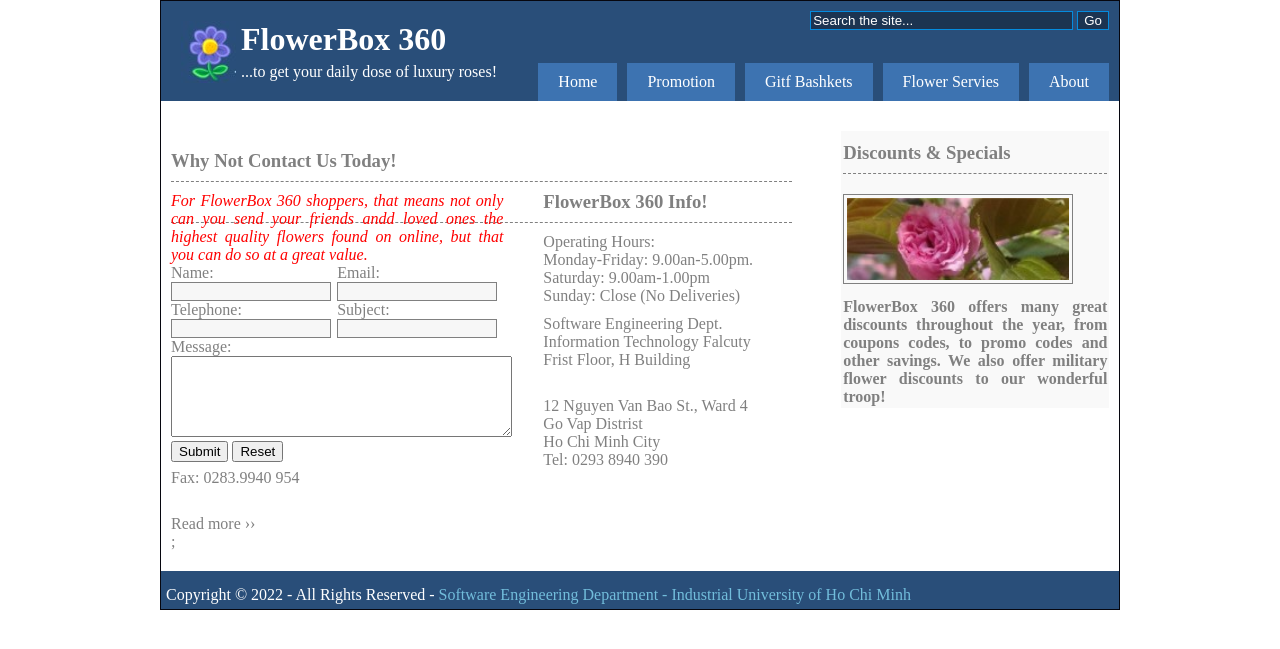
Repository: duongtheng/bai-tap-tuan-6
Page: html/index.html
The author's editor kept a copy of each file at every save. The page is drawn from the files as they stood at one save, then again after the next save.
The browser window is 1280 px wide. The pictures show the whole page.

Above is the page before, as saved 2022-03-23 14:13:59.

### html/index.html
<!DOCTYPE html>
<html lang="en">
<head>
    <meta charset="UTF-8">
    <meta http-equiv="X-UA-Compatible" content="IE=edge">
    <meta name="viewport" content="width=device-width, initial-scale=1.0">
    <title>Tuan 06</title>
    <link rel="stylesheet" href="../css/style.css">
</head>
<body>
    <header>
        <img src="../img/logo.jpg" alt="">
        <h1>FlowerBox 360</h1>
        <p>...to get your daily dose of luxury roses!</p>
        <form action="">
            <input type="search" id="txtSearch" placeholder="Search the site..." size="30">
            <button>Go</button>
        </form>
        <ul class="menu-parent">
            <li><a href="">Home</a></li>
            <li><a href="">Promotion</a></li>
            <li><a href="">Gitf Bashkets</a></li>
            <li><a href="">Flower Servies</a>
                <ul class="menu-child">
                    <li><a href="">Flower for Wedding</a></li>
                    <li><a href="">Flower for Conference</a></li>
                </ul>
            </li>
            <li><a href="">About</a></li>
        </ul>
    </header>
    <section>
        <h3>Why Not Contact Us Today!</h3>
        <form action="">
            <p><i>For FlowerBox 360 shoppers, that means not only can you send your friends andd loved ones
                the highest quality flowers found on online, but that you can do so at a great value.
            </i></p>
            <div class="form-row">
                <div class="form-col">
                    <label for="txtName">Name: </label>
                    <input type="text" id="txtName">
                </div>
                <div class="form-col">
                    <label for="txtEmail">Email: </label>
                    <input type="email" id="txtEmail">
                </div>
            </div>
            <div class="form-row">
                <div class="form-col">
                    <label for="txtName">Telephone: </label>
                    <input type="text" id="txtName">
                </div>
                <div class="form-col">
                    <label for="txtEmail">Subject: </label>
                    <input type="email" id="txtEmail">
                </div>
            </div>
            <div class="form-row">
                <label for="txtMessage">Message: </label>
                <textarea id="txtMessage" cols="40" rows="5"></textarea>
            </div>
            <div class="form-row">
                <button type="submit">Submit </button>
                <button type="reset">Reset </button>
            </div>
        </form>

    <div id="section-right">
        <h3>FlowerBox 360 Info!</h3>
        <p>
            Operating Hours: <br> Monday-Friday: 9.00an-5.00pm. <br> Saturday: 9.00am-1.00pm <br> Sunday: Close (No Deliveries) <br>
        </p>
        <p>
            Software Engineering Dept. <br> Information Technology Falcuty <br> Frist Floor, H Building <br><br>
        </p>
        <p>
            12 Nguyen Van Bao St., Ward 4 <br> Go Vap Distrist <br> Ho Chi Minh City <br> Tel: 0293 8940 390 <br> Fax: 0283.9940 954
        </p>
        <br>
        <p>Read more &#155;&#155;</p>;
    </div>
    </section>
    <aside>
        <h3>Discounts & Specials</h3>
        <img src="../img/flower.jpg" alt="">
        <p>
            FlowerBox 360 offers many great discounts throughout the year, from coupons codes, to promo codes and other savings.
            We also offer military flower discounts to our wonderful troop!
        </p>
    </aside>
    <footer>
        <p>
            <span style="color: white;">Copyright &copy; 2022 - All Rights Reserved - </span>
            <span style="color: rgb(114, 189, 219);">Software Engineering Department - Industrial University of Ho Chi Minh </span>
        </p>
    </footer>
</body>
</html>

### css/style.css
*{
    margin: 0 auto;
    box-sizing: border-box;
}

body{
    width: 960px;
    border: 1px solid rgb(6, 6, 14);
    color: gray;
}

header{
    height: 100px;
    background-color: #294e79;
    position: relative;
    color: white;
}

header img{
    position: absolute;
    top: 20px;
    left: 20px;
}

header h1{
    position: absolute;
    top: 20px;
    left: 80px;
}

header p{
    position: absolute;
    bottom: 20px;
    left: 80px;
}

header form{
    position: absolute;
    top: 10px;
    right: 10px;
}

.menu-parent{
    position: absolute;
    right: 10px;
    bottom: 0;
    display: flex;
    list-style: none;
}

.menu-parent a{
    color: white;
    padding: 10px 20px;
    display: block;
    text-decoration: none;
    background-color: #3d73b1;
    margin-left: 10px;
}

.menu-parent a:hover{
    color: rgb(63, 63, 139);
}

.menu-child{
    display: none;
}

.menu-parent li:hover .menu-child{
    display: block;
    position: absolute;
    margin-left: -40px;
}

header input,
header button{
    background-color: #1c3451;
    border: 1px solid #058bde;
}

header input::-webkit-input-placeholder,
header button{
    color: white;
}

section{
    width: 70%;
    float: left;
    padding: 40px 40px 20px 10px;
}

section form{
    width: 60%;
    float: left;
    padding-right: 40px;
}

section input{
    width: 160px;
    background-color: #f7f7f7;
    border: 1px solid gray;
}

section area{
    background-color: #f7f7f7;
    border: 1px solid gray;
}

section form p:first-child{
    color: red;
    text-shadow: 4px 4px 4px 5px green;
}

.section-right{
    width: 40%;
    float: right;
}

.form-col{
    width: 50%;
    float: left;
}

.form-row{
    clear: both;
    float: left;
}

aside{
    width: 28%;
    float: right;
    margin: 30px 1%;
    background-color: #f9f9f9;
    padding: 2px;
}

aside img{
    width: 230px;
    margin-top: 20px;
    border: 1px solid gray;
    padding: 3px;
}

p{
    margin-top: 10px;
    text-align: justify;
}

aside p:last-child{
    font-weight: bold;
    float: right;
}

h3{
    border-bottom: 1px dashed gray;
    line-height: 40px;
}

footer{
    clear: both;
    background-color: #294e79;
    padding: 5px;
}

After the next save:
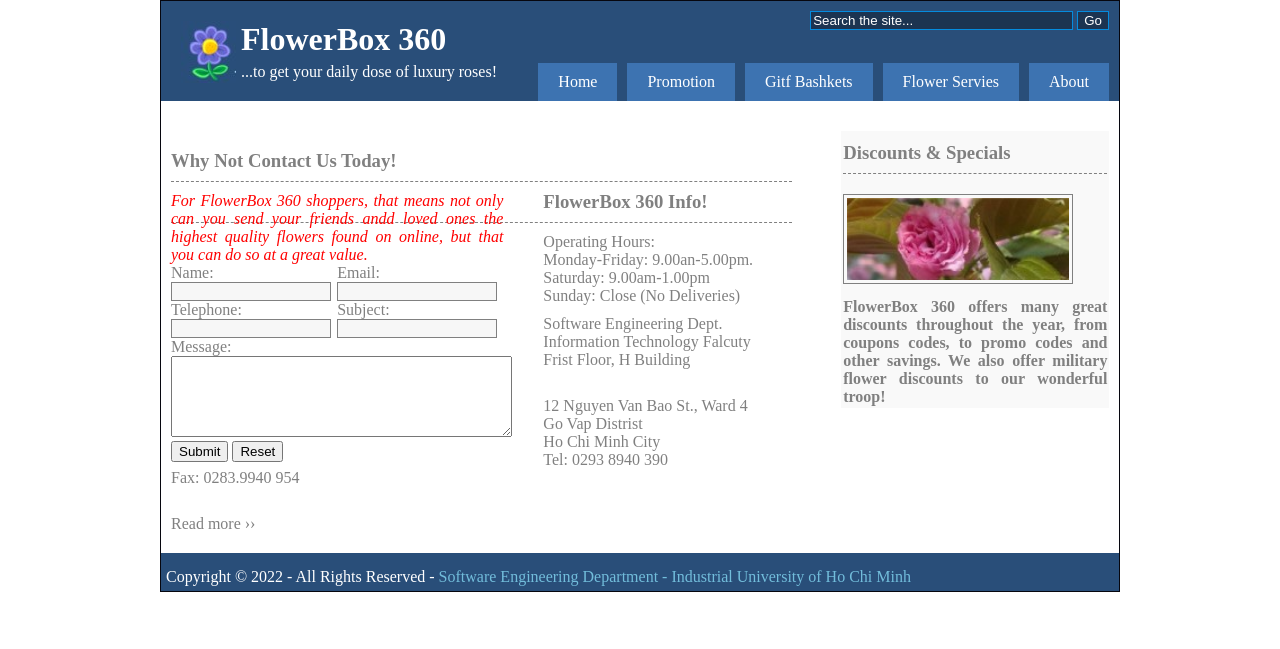
Saved 72 s later.
--- a/html/index.html
+++ b/html/index.html
@@ -77,7 +77,7 @@
             12 Nguyen Van Bao St., Ward 4 <br> Go Vap Distrist <br> Ho Chi Minh City <br> Tel: 0293 8940 390 <br> Fax: 0283.9940 954
         </p>
         <br>
-        <p>Read more &#155;&#155;</p>;
+        <p>Read more &#155;&#155;</p>
     </div>
     </section>
     <aside>
